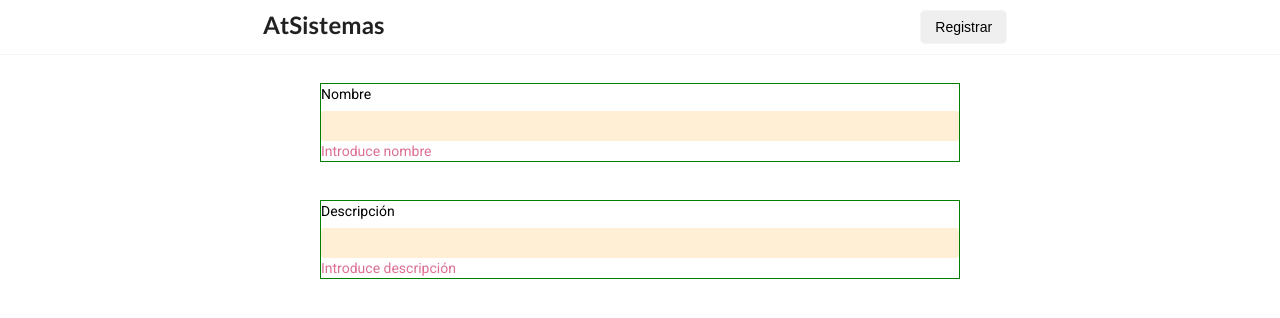
Repository: banchiec/atsistemas
Page: /site/register-site
The author's editor kept a copy of each file at every save. The page is drawn from the files as they stood at one save, then again after the next save.
The browser window is 1280 px wide. The pictures show the whole page.
The project was rebuilt for these pictures with package versions that can differ from the ones it lists, and the page was loaded fresh each time. Also part of the build but not shown: src/components/SiteCard/SiteCard.js, src/redux/actions/sitesActions.js, src/screens/SiteScreen/SiteScreen.js, src/screens/SiteDetailsScreen/SiteDetailsScreen.js.

Above is the page before, as saved 2022-08-16 14:18:48.

### src/index.js
import React from "react";
import ReactDOM from "react-dom";
import App from "./App";
import store from "./redux/store";
import { Provider } from "react-redux";

ReactDOM.render(
  <React.StrictMode>
    <Provider store={store}>
      <App />
    </Provider>
  </React.StrictMode>,
  document.getElementById("root")
);

### src/App.js
import React from "react";
import { BrowserRouter as Router, Switch, Route } from "react-router-dom";
import SiteScreen from "./screens/SiteScreen/SiteScreen";
import SiteDetailsScreen from './screens/SiteDetailsScreen/SiteDetailsScreen'
import Header from "./components/Header/Header";
import "./App.css";
import RegisterSiteScreen from "./screens/RegisterSiteScreen/RegisterSiteScreen";

function App() {
  return (
    <div className="App">
      <Header/>
      <Router>
        <Switch>
          <Route path="/" exact component={SiteScreen} />
          <Route path="/site/register-site" exact component={RegisterSiteScreen} />
          <Route path="/site/:siteId" exact component={SiteDetailsScreen} />
          <Route>404 Not Found!</Route>
        </Switch>
      </Router>
    </div>
  );
}

export default App;

### src/components/Header/Header.js
import {ContainerHeader} from './headerStyled'

const Header = () => {
  function handleClick(){
    console.log("Object");
  }
	return(
    <ContainerHeader>
      <div>
        <h2>AtSistemas</h2>
      </div>
      <div>
        <button onClick={handleClick}>Registrar</button>
      </div>
    </ContainerHeader>
	)
}
export default Header

### src/App.css
* {
  font-family: "Roboto", sans-serif;
  padding: 0;
  margin: 0;
}

.ui.cards > .card > .image {
  height: 250px;
  padding: 20px;
  background: #fff;
  margin: auto;
}
.ui.cards > .card > .image > img {
  height: 100%;
  max-width: 100%;
  width: auto;
}
.ui.cards > .card > .content > .header {
  height: 48px;
  overflow: hidden;
  margin-bottom: 5px;
}
.ui.cards > .card > .content > .list{
  height: 36px;
  margin-bottom: 0px;
  overflow: hidden;
}
.ui.cards > .card .meta.name{
  margin-bottom: 5px;
  font-size: 18px;
  color: #333;
  font-weight: 600;
}

.ui.cards > .card .meta.name> a {
  font-size: 1.3rem;
  color: #222;
}

.ui.menu.fixed {
  height: 60px;
  padding-top: 15px;
}

.ui.grid.container {
  margin-top: 200px;
}

.ui.grid > .row {
  background: #fff;
}
.ui.grid > .row > .column.lp {
  padding: 20px 40px 20px 20px;
  align-self: flex-start !important;
}
.ui.grid > .row > .column.rp {
  padding: 20px 20px 20px 40px;
  text-align: left;
  align-self: flex-start !important;
}

.ui.grid > .row > .column > img,
.ui.grid > .row > img {
  height: 100%;
}
.ui.placeholder .header:not(:first-child):before,
.ui.placeholder .image:not(:first-child):before,
.ui.placeholder .paragraph:not(:first-child):before {
  display: none;
}

.ui.label,
.ui.labels .label {
  font-size: 22px;
}

.column.rp h1 {
  color: #333;
}
.column.rp p {
  font-size: 18px;
  color: #777;
}
.ui.placeholder.segment .column .button,
.ui.placeholder.segment .column .field,
.ui.placeholder.segment .column textarea,
.ui.placeholder.segment .column > .ui.input {
  background-color: #ff3e6c;
  border: 1px solid #ff3e6c;
  color: #fff;
  font-size: 18px;
  margin-left: 0;
}

### src/screens/RegisterSiteScreen/RegisterSiteScreen.js
import { ContainerRegisterSiteScreen, FormControl, Input, Label, Message } from "./registerSiteScreenStyled"

const RegisterSiteScreen = () => {

	const handleSubmit = () => {
		console.log("object");
	}
	return(
		<ContainerRegisterSiteScreen>
			<FormControl>
				<Label htmlFor="label">Nombre</Label>
				<Input id='label'/>
				<Message>Introduce nombre</Message>
			</FormControl>
			<FormControl>
				<Label htmlFor="label">Descripción</Label>
				<Input id='label'/>
				<Message>Introduce descripción</Message>
			</FormControl>
		</ContainerRegisterSiteScreen>
	)
}
export default RegisterSiteScreen

### src/redux/reducers/index.js
import { combineReducers } from "redux";
import { sitesReducer, selectedSiteReducer } from "./sitesReducer";
const reducers = combineReducers({
  allSites: sitesReducer,
  site: selectedSiteReducer,
});
export default reducers;

### src/components/Header/headerStyled.js
import styled from 'styled-components'

const ContainerHeader = styled.div`
	display: flex;
	flex-direction: row;
	border-bottom: 1px solid whitesmoke;
	justify-content: space-around;
	div {
		padding: 10px;
		button{
			border-radius: 5px;
			padding: 8px 14px 8px 14px;
			border: 1px solid whitesmoke;
			margin: 0px 10px 0px 10px;
			:hover {
				background: black ;
				color: white;
				transition: 1s ease-out;
			}
		}
	}
`
export {
	ContainerHeader
}

### src/screens/RegisterSiteScreen/registerSiteScreenStyled.js
import styled from "styled-components";

export const ContainerRegisterSiteScreen = styled.div`
	display: flex;
	flex-direction: column;
	justify-content: center;
	align-items: center;
`
export const FormControl = styled.div`
  border: 1px solid green;
	color: palevioletred;
	display: block;
	width: 50%;
	margin: 10px auto;
	margin-top: 2em;
`
export const Label = styled.label`
	display: block;
	margin-bottom: 0.5em;
	color: black;
`
export const Input = styled.input`
	padding:  0.5em;
	color: black;
	background:  papayawhip;
	border: none;
	border-radius: 3px;
	width: 100%;
`
export const Message = styled.label`
	color: palevioletred;
	display: block;
`

### src/redux/reducers/sitesReducer.js
import { ActionTypes } from "../constants/action-types";
const intialState = {
  sites: [],
};

export const sitesReducer = (state = intialState, { type, payload }) => {
  switch (type) {
    case ActionTypes.SET_SITES:
      return {
        ...state,
        sites: payload
      };
    default:
      return state;
  }
};

export const selectedSiteReducer = (state = {}, { type, payload }) => {
  switch (type) {
    case ActionTypes.SELECTED_SITE:
      return {
        ...state,
        ...payload
      };
    case ActionTypes.REMOVE_SELECTED_SITE:
      return {};
    default:
      return state;
  }
};

### src/redux/constants/action-types.js
export const ActionTypes = {
  FETCH_SITES: 'FETCH_SITES',
  SET_SITES: "SET_SITES",
  SELECTED_SITE: "SELECTED_SITE",
  REMOVE_SELECTED_SITE: "REMOVE_SELECTED_SITE",
};

Loaded but not shown: public/index.html (common file); src/redux/store.js (common file)

After the next save:
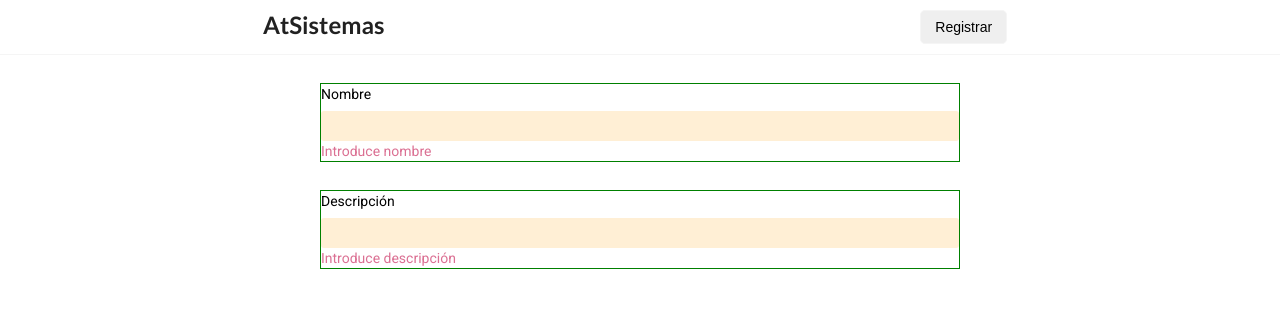
Saved 4 s later.
--- a/src/screens/RegisterSiteScreen/registerSiteScreenStyled.js
+++ b/src/screens/RegisterSiteScreen/registerSiteScreenStyled.js
@@ -11,7 +11,7 @@ export const FormControl = styled.div`
 	color: palevioletred;
 	display: block;
 	width: 50%;
-	margin: 10px auto;
+	/* margin: 10px auto; */
 	margin-top: 2em;
 `
 export const Label = styled.label`
